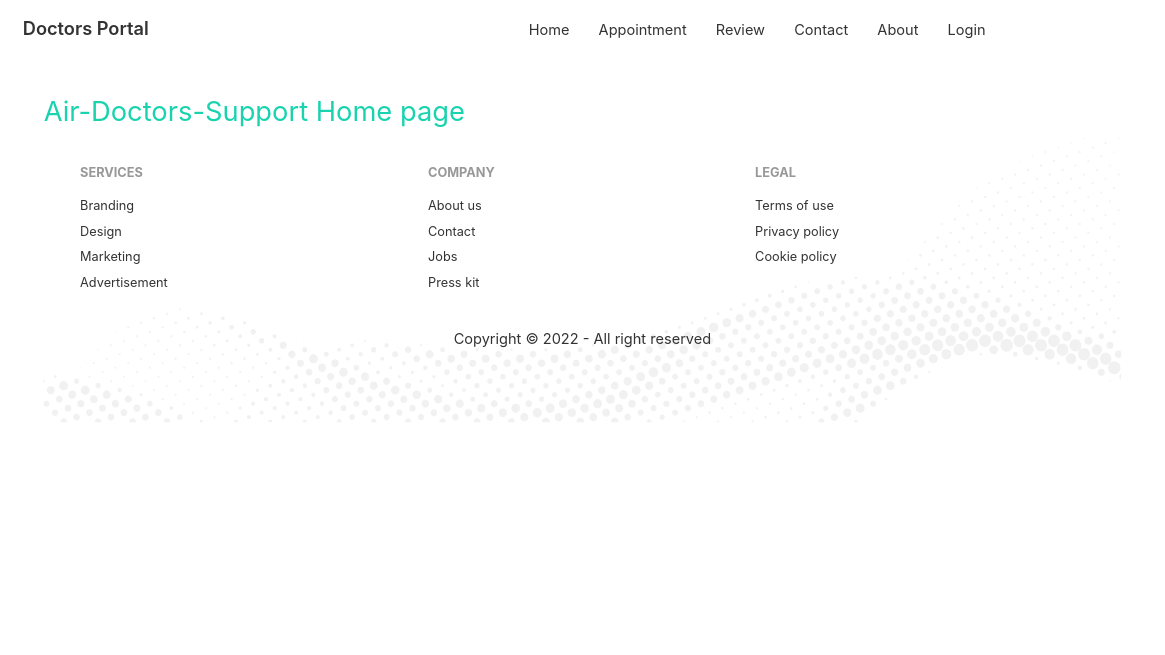
Repository: Devloper-solaiman/Air-Doctors-Support
Page: /
An editor plug-in stored every save of this project. The page is shown before and after the next save, followed by the edit.
The browser window is 1280 px wide. The pictures show the whole page, at 91% of full size.
The project was rebuilt for these pictures with package versions that can differ from the ones it lists, and the page was loaded fresh each time. Also part of the build but not shown: src/App.css.

Above is the page before, as saved 2023-02-19 13:12:56.

### public/index.html
<!DOCTYPE html>
<html lang="en">
  <head>
    <meta charset="utf-8" />
    <link rel="icon" href="%PUBLIC_URL%/favicon.ico" />
    <meta name="viewport" content="width=device-width, initial-scale=1" />
    <meta name="theme-color" content="#000000" />
    <meta
      name="description"
      content="Web site created using create-react-app"
    />
    <link rel="apple-touch-icon" href="%PUBLIC_URL%/logo192.png" />
    <!--
      manifest.json provides metadata used when your web app is installed on a
      user's mobile device or desktop. See https://developers.google.com/web/fundamentals/web-app-manifest/
    -->
    <link rel="manifest" href="%PUBLIC_URL%/manifest.json" />
    <!--
      Notice the use of %PUBLIC_URL% in the tags above.
      It will be replaced with the URL of the `public` folder during the build.
      Only files inside the `public` folder can be referenced from the HTML.

      Unlike "/favicon.ico" or "favicon.ico", "%PUBLIC_URL%/favicon.ico" will
      work correctly both with client-side routing and a non-root public URL.
      Learn how to configure a non-root public URL by running `npm run build`.
    -->
    <title>Air-Doctors-Support</title>
  </head>
  <body>
    <noscript>You need to enable JavaScript to run this app.</noscript>
    <div id="root"></div>
    <!--
      This HTML file is a template.
      If you open it directly in the browser, you will see an empty page.

      You can add webfonts, meta tags, or analytics to this file.
      The build step will place the bundled scripts into the <body> tag.

      To begin the development, run `npm start` or `yarn start`.
      To create a production bundle, use `npm run build` or `yarn build`.
    -->
  </body>
</html>

### src/App.js
import { Route, Routes } from 'react-router-dom';
import './App.css';
import Home from './Pages/Home/Home';
import Navbar from './Pages/Shared/Navbar';

function App() {
  return (
    <section>
      <Navbar></Navbar>
      <div className='max-w-7xl mx-auto px-12'>
        <Routes>
          <Route path='/' element={<Home></Home>}></Route>
        </Routes>
      </div>
    </section>
  );
}

export default App;

### src/Pages/Home/Home.js
import React from 'react';
import Footer from '../Shared/Footer';

const Home = () => {
    return (
        <section>
            <h5 className='text-secondary text-3xl mt-10 '>Air-Doctors-Support Home page</h5>
            <Footer></Footer>
        </section>
    );
};

export default Home;

### src/Pages/Shared/Navbar.js
import React from 'react';
import { Link } from 'react-router-dom';
import auth from "./../../fairebase.init";
import { useAuthState } from "react-firebase-hooks/auth"
import { signOut } from 'firebase/auth';

const Navbar = () => {
    const [user] = useAuthState(auth);

    const logout = () => {
        signOut(auth);
    }
    const menuItems = <>
        <li><Link to="/">Home</Link></li>
        <li><Link to="/appointment">Appointment</Link></li>
        <li><Link to="/review">Review</Link></li>
        <li><Link to="/contact">Contact</Link></li>
        <li><Link to="/about">About</Link></li>
        {
            user && <li><Link to="/dashboard">Dashboard</Link></li>
        }
        <li>{user ? <button className='btn btn-ghost' onClick={logout}>Sign Out</button> : <Link to="login">Login</Link>}</li>
    </>

    return (
        <div className="navbar bg-base-100">
            <div className="navbar-start">
                <div className="dropdown">
                    <label tabIndex="0" className="btn btn-ghost lg:hidden">
                        <svg xmlns="http://www.w3.org/2000/svg" className="h-5 w-5" fill="none" viewBox="0 0 24 24" stroke="currentColor"><path strokeLinecap="round" strokeLinejoin="round" strokeWidth="2" d="M4 6h16M4 12h8m-8 6h16" /></svg>
                    </label>
                    <ul tabIndex="0" className="menu menu-compact dropdown-content mt-3 p-2 shadow bg-base-100 rounded-box w-52">
                        {menuItems}
                    </ul>
                </div>
                <p className="btn btn-ghost normal-case text-xl">Doctors Portal</p>
            </div>
            <div className="navbar-center ml-96 hidden lg:flex">
                <ul className="menu menu-horizontal p-0">
                    {menuItems}
                </ul>
            </div>
            <div className="navbar-end">
                <label tabIndex="1" for="dashboard-sidebar" className="btn btn-ghost lg:hidden">
                    <svg xmlns="http://www.w3.org/2000/svg" className="h-5 w-5" fill="none" viewBox="0 0 24 24" stroke="currentColor"><path strokeLinecap="round" strokeLinejoin="round" strokeWidth="2" d="M4 6h16M4 12h8m-8 6h16" /></svg>
                </label>
            </div>
        </div>
    );
};

export default Navbar;

### src/Pages/Shared/Footer.js
import React from 'react';
import footer from '../../assets/images/footer.png'
import { Link } from "react-router-dom";

const Footer = () => {
    return (
        <footer style={{
            background: `url(${footer})`,
            backgroundSize: 'cover'
        }} className="p-10">
            <div className='footer'>
                <div>
                    <span className="footer-title">Services</span>
                    <Link className="link link-hover">Branding</Link>
                    <Link className="link link-hover">Design</Link>
                    <Link className="link link-hover">Marketing</Link>
                    <Link className="link link-hover">Advertisement</Link>
                </div>
                <div>
                    <span className="footer-title">Company</span>
                    <Link className="link link-hover">About us</Link>
                    <Link className="link link-hover">Contact</Link>
                    <Link className="link link-hover">Jobs</Link>
                    <Link className="link link-hover">Press kit</Link>
                </div>
                <div>
                    <span className="footer-title">Legal</span>
                    <Link className="link link-hover">Terms of use</Link>
                    <Link className="link link-hover">Privacy policy</Link>
                    <Link className="link link-hover">Cookie policy</Link>
                </div>
            </div>
            <div className='my-10 text-center'>
                <p>Copyright © 2022 - All right reserved</p>
            </div>
        </footer>
    );
};

export default Footer;

### src/fairebase.init.js
// Import the functions you need from the SDKs you need
import { initializeApp } from "firebase/app";
import { getAuth } from "firebase/auth";
// TODO: Add SDKs for Firebase products that you want to use
// https://firebase.google.com/docs/web/setup#available-libraries

// Your web app's Firebase configuration
const firebaseConfig = {
    apiKey: "AIzaSyBXt798-uZv5EqNzRViJX9cq5wkLiHWpeI",
    authDomain: "air-doctors-support.firebaseapp.com",
    projectId: "air-doctors-support",
    storageBucket: "air-doctors-support.appspot.com",
    messagingSenderId: "111522811062",
    appId: "1:111522811062:web:394e994cc6f9467ed46a17"
};

// Initialize Firebase
const app = initializeApp(firebaseConfig);
const auth = getAuth(app)
export default auth

### tailwind.config.js
/** @type {import('tailwindcss').Config} */
module.exports = {
  content: ["./src/**/*.{html,js}"],
  theme: {
    extend: {},
  },
  daisyui: {
    themes: [
      {
        doctortheme: {
          primary: "#0FCFEC",
          secondary: "#19D3AE",
          accent: "#3A4256",
          neutral: "#3d4451",
          "base-100": "#ffffff",
        },
      },
      "dark",
      "cupcake",
    ],
  },
  plugins: [require("daisyui")],
}

### src/Pages/Home/Banner.js
import React from 'react';
import PrimaryButton from "./../Shared/PrimaryButton";
import chair from "../../assets/images/chair.png"
const Banner = () => {
    return (
        <div className="hero min-h-screen">
            <div className="hero-content flex-col lg:flex-row-reverse">
                <img alt='#' src={chair} className="max-w-sm rounded-lg shadow-2xl" />
                <div>
                    <h1 className="text-5xl font-bold">Your New Smile Starts Here</h1>
                    <p className="py-6">Provident cupiditate voluptatem et in. Quaerat fugiat ut assumenda excepturi exercitationem quasi. In deleniti eaque aut repudiandae et a id nisi.</p>
                    <PrimaryButton>Get Started</PrimaryButton>
                </div>
            </div>
        </div>
    );
};

export default Banner;

### src/Pages/Shared/PrimaryButton.js
import React from 'react';

const PrimaryButton = ({ children }) => {
    return (
        <button className="btn btn-primary uppercase text-white font-bold bg-gradient-to-r from-secondary to-primary">
            {children}
        </button>
    );
};

export default PrimaryButton;

Loaded but not shown: src/index.js (common file); src/index.css (common file); src/reportWebVitals.js (common file)

After the next save:
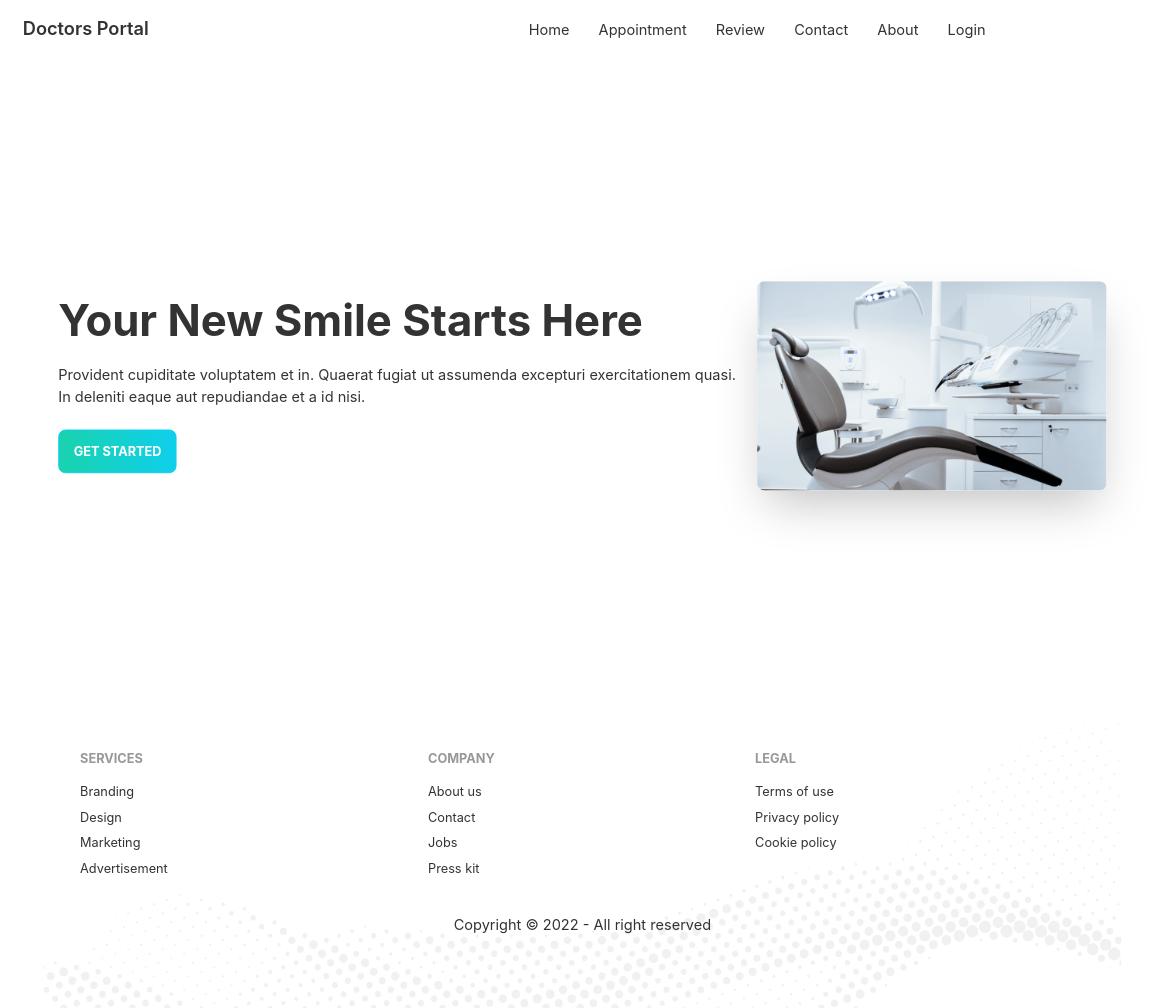
Saved 25 s later.
--- a/src/Pages/Home/Home.js
+++ b/src/Pages/Home/Home.js
@@ -1,10 +1,11 @@
 import React from 'react';
 import Footer from '../Shared/Footer';
+import Banner from './Banner';
 
 const Home = () => {
     return (
         <section>
-            <h5 className='text-secondary text-3xl mt-10 '>Air-Doctors-Support Home page</h5>
+            <Banner></Banner>
             <Footer></Footer>
         </section>
     );
